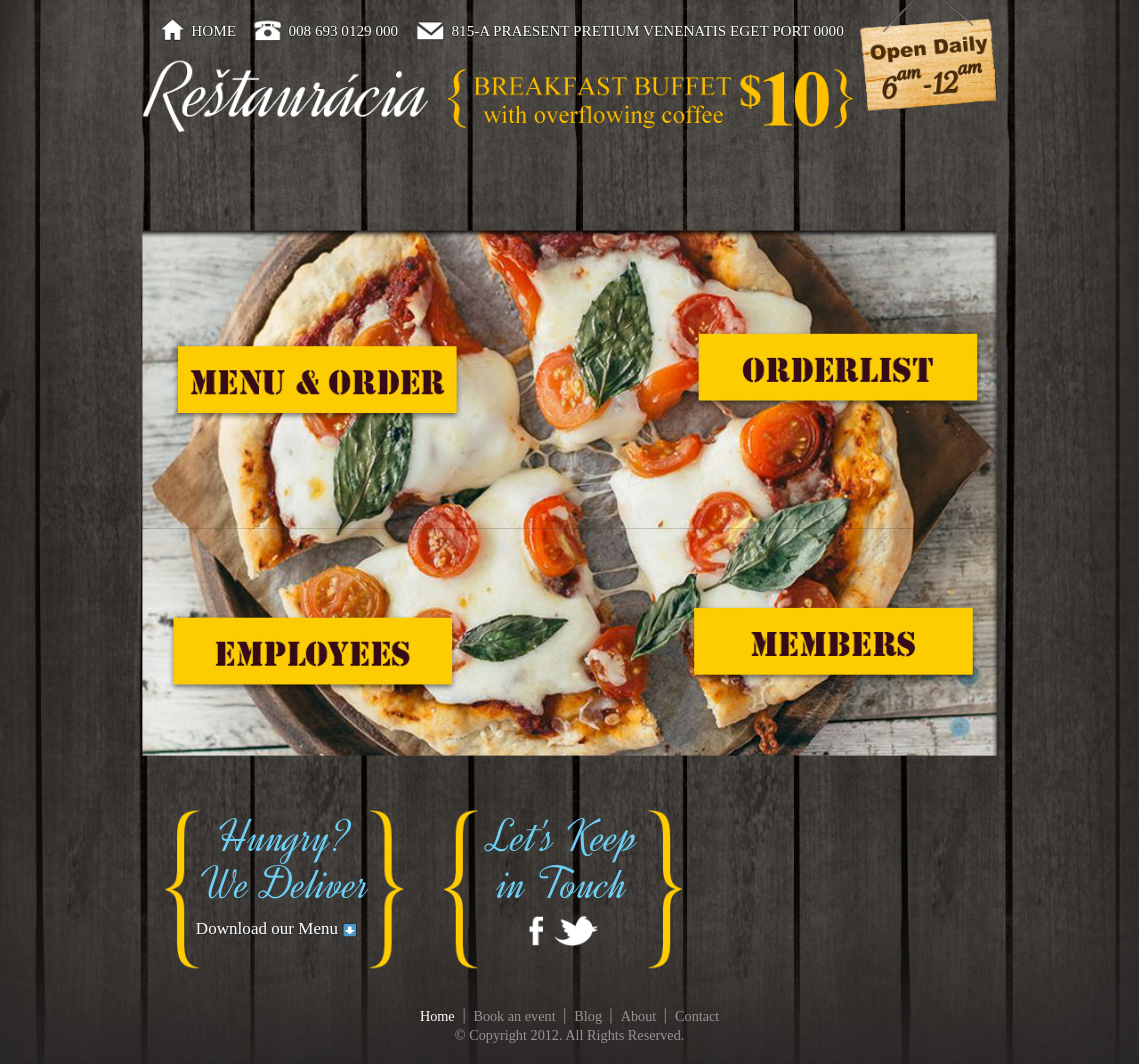
Repository: WarapornPum/OoadProject
Page: http://localhost/PizzaOrderSystem/Home.jsp
An editor plug-in stored every save of this project. The page is shown before and after the next save, followed by the edit.
The browser window is 1280 px wide. The pictures show the whole page, at 89% of full size.
The page is served by Tomcat 9. Other server files are loaded and not shown.

Above is the page before, as saved 2019-02-16 11:55:19.

### PizzaOrderSystem/WebContent/Home.jsp
<%@ page language="java" contentType="text/html; charset=UTF-8"
    pageEncoding="UTF-8"%>
<!DOCTYPE html PUBLIC "-//W3C//DTD HTML 4.01 Transitional//EN" "http://www.w3.org/TR/html4/loose.dtd">
<html>
<head>
	<title>Restaurant Website Template</title>
	<link rel="stylesheet" type="text/css" href="css/style.css">
</head>
<body>
	<div id="header"> <!-- start of header -->
		<span class="signboard"></span>
		<ul id="infos">
			<li class="home">
				<a href="index.html">HOME</a>
			</li>
			<li class="phone">
				<a href="contact.html">008 693 0129 000</a>
			</li>
			<li class="address">
				<a href="contact.html">815-A PRAESENT PRETIUM VENENATIS EGET PORT 0000</a>
			</li>
		</ul>
		<a href="index.html" id="logo"></a>
		<a href="menu.html" class="tagline"></a>
	</div> <!-- end of header -->

	<div id="body"> <!-- start of content -->
		<ul id="featured"> <!-- start of featured -->
			<li class="main">
				<a href="Menu.jsp"></a>
			</li>
			<li class="drinks">
				<a href="drinks.html"></a>
			</li>
			<li class="entree">
				<a href="entree.html"></a>
			</li>
			<li class="desserts">
				<a href="desserts.html"></a>
			</li>
		</ul> <!-- end of featured -->
	</div> <!-- end of content -->
	<div id="footer"> <!-- start of footer -->
		<ul class="advertise">
			<li class="delivery">
				<h2>Hungry? We Deliver</h2>
				<a href="menu.html">Download our Menu</a>
			</li>
			<li class="connect">
				<h2>Let's Keep in Touch</h2>
				<a href="http://facebook.com/freewebsitetemplates" target="_blank" class="fb" title="Facebook"></a>
				<a href="http://twitter.com/fwtemplates" target="_blank" class="twitr" title="Twitter"></a>
			</li>
		</ul>
		<div>
			<ul class="navigation">
				<li class="selected"><a href="index.html">Home</a></li>
				<li><a href="booking.html">Book an event</a></li>
				<li><a href="blog.html">Blog</a></li>
				<li><a href="about.html">About</a></li>
				<li class="last"><a href="contact.html">Contact</a></li>
			</ul>
			<span>&copy; Copyright 2012. All Rights Reserved.</span>
		</div>
	</div> <!-- end of footer -->
</body>
</html>

### PizzaOrderSystem/WebContent/css/style.css
/* Website template by freewebsitetemplates.com */
@font-face {
    font-family: 'DynalightRegular';
    src: url('../fonts/dynalight-regular-webfont.eot');
    src: url('../fonts/dynalight-regular-webfont.eot?#iefix') format('embedded-opentype'),
         url('../fonts/dynalight-regular-webfont.woff') format('woff'),
         url('../fonts/dynalight-regular-webfont.ttf') format('truetype'),
         url('../fonts/dynalight-regular-webfont.svg#DynalightRegular') format('svg');
    font-weight: normal;
    font-style: normal;
}

body {
	background: #262523 url('../images/bg-body.jpg') no-repeat center top;
	color:#ffffff;
	margin:0px;
}

#infos li.home a, #infos li.phone a, #infos li.address a,
#footer ul.advertise li.delivery a, #footer ul.advertise li.connect a.fb, #footer ul.advertise li.connect a.twitr {
	background: url(../images/icons.gif) no-repeat;
}
#navigation li a, #contents h2 {
	background: url(../images/braces-left.gif) no-repeat;
}
#navigation li a span, #contents h2 span {
	background: url(../images/braces-right.gif) no-repeat;
}

/*-------------------------- Header --------------------------*/
#header{
	width: 960px;
	margin: 0px auto 105px;
	position: relative;
}
#header span.signboard {
	float: right;
	background: url(../images/schedule.gif) no-repeat;
	display: block;
	height: 125px;
	width: 154px;
	position: relative;
	z-index: 9;
}
#header .tagline {
	background: url(../images/breakfast-buffet.gif) no-repeat;
	display: inline-block;
	height: 80px;
	width: 462px;
}

#infos {
	display: inline-block;
	width: 790px;
	margin: 0px 0px 20px;
	padding: 20px 0px 0px 10px;
}
#infos li {
	float: left;
	font-family: 'Times New Roman', Times, serif;
	font-size: 17px;
	list-style-type: none;
	padding: 0px 10px;
}
#infos li a {
	color:#ffffff;
	display:block;
	height: 21px;
	padding-top: 6px;
	text-decoration:none;
	text-shadow: 0 1px #252525, 0 1px #252525, 0 -1px #252525, -1px 0 #252525;
}
#infos li a:hover {
	color: #6dcff6;
}
#infos li.home a {
	background-position: 0 -73px;
	padding-left: 35px;
}
#infos li.phone a {
	background-position: 0 -147px;
	padding-left: 39px;
}
#infos li.address a {
	background-position: 0 -110px;
	padding-left: 40px;
}

#logo {
	background: url(../images/logo.gif) no-repeat;
	display: inline-block;
	height: 83px;
	width: 330px;
	margin-right: 5px;
}

#navigation {
	background: url(../images/bg-navigation.gif) no-repeat left top ;
	height: 32px;
	width: 550px;
	margin: 0px;
	padding: 15px 10px;
	position: absolute;
	top: 92px;
	right: 40px;
}
#navigation li {
	float: left;
	height: 30px;
	list-style-type: none;
	margin: 0px 3px;
}
#navigation li a {
	background-position: 0 -90px;
	color: #ffffff;
	display: block;
	font-family: 'DynalightRegular';
	font-size: 25px;
	height: 25px;
	line-height: 25px;
	padding-left: 16px;
	text-decoration: none;
}
#navigation li a span {
	float: right;
	background-position: right -90px;
	display: inline-block;
	height: 25px;
	margin: 0px;
	padding-right: 22px;
}
#navigation li a:hover, #navigation .current, #navigation .current a {
	background-position: 0 -52px;
	color: #ffca00;
}
#navigation li a:hover span, #navigation .current a span {
	background-position: right -52px;
}

/*-------------------------- Contents --------------------------*/
#body {
	width: 960px;
	margin: 0px auto 50px;
}

#featured {
	height: 600px;
	width: 960px;
	margin: 0px;
	padding: 0px;
}
#featured li {
	float:left;
	list-style-type: none;
}
#featured li a {
	display: block;
}
#featured li.main a {
	background: url(../images/menu1.jpg) no-repeat 0 0;
	height: 335px;
	width: 540px;
}
#featured li.main a:hover {
	background: url(../images/menu1_hover.jpg) no-repeat 0 0;
}

#featured li.drinks a {
	background: url(../images/menu2.jpg) no-repeat 0 0;
	height: 335px;
	width: 420px;
}
#featured li.drinks a:hover {
	background: url(../images/menu2_hover.jpg) no-repeat 0 0;
}

#featured li.entree a {
	background: url(../images/menu3.jpg) no-repeat 0 0;
	height: 255px;
	width: 540px;
}
#featured li.entree a:hover {
	background: url(../images/menu3_hover.jpg) no-repeat 0 0;
}

#featured li.desserts a {
	background: url(../images/menu4.jpg) no-repeat 0 0;
	height: 255px;
	width: 420px;
}
#featured li.desserts a:hover {
	background: url(../images/menu4_hover.jpg) no-repeat 0 0;
}

#contents {
	background-color: #ffffff;
	color: #373737;
	line-height: 24px;
	border-top: 2px outset #393939;
	border-bottom: 2px inset #393939;
	margin: 0px 0px 50px;
	padding: 22px 0px;
	text-align: center;
}
#contents h2 {
	background-position: 0 0;
	color: #265d84;
	display: inline-block;
	font-family: 'DynalightRegular';
	font-size: 41px;
	height: 41px;
	line-height: 41px;
	margin: 0px 0px 42px;
	padding-left: 22px;
}
#contents h2 span {
	background-position: right 0;
	display: block;
	height: 41px;
	padding-right: 20px;
}

#contents p {
	letter-spacing: 1px;
	margin: 0px;
	padding: 0 10px 24px;
	text-align: justify;
}
#contents p a {
	color: #373737;
	font-weight: bold;
}

#contents div {
	width: 960px;
	margin: 0px auto;
	overflow: hidden;
}

/*------------------------- Contact us page -------------------------*/
#contents div table.contact-details {
	float: left;
	line-height: 24px;
	width: 510px;
	margin: 0px 0px 20px 10px;
	text-align: left;
}
#contents div table.contact-details td {
	padding-right: 20px;
	vertical-align: top;
}

/*------------------------- book-events us page -------------------------*/
#booking form {
	display: inline-block;
	height: 401px;
	width: 960px;
}
#booking form table {
	float: left;
	width: 940px;
	border-collapse: separate;
	margin: 0px 0px 0px 10px;
	padding: 6px 0 0;
	text-align: left;
}
#booking form table span {
	display: block;
}
#booking form table td {
	line-height: 24px;
	padding: 6px 5px;
	vertical-align: center;
}
#booking form table td textarea {
	height: 179px;
	width: 100%;
	border: 1px solid #000000;
	margin: 0 0 14px;
}
#booking form table td input {
	width: 100%;
	border: 1px solid #000000;
}
#booking form table td input.number {
	width: 60px;
}
#booking form table td input.radio {
	width: 16px;
	border: 0px;
}
#booking form table td input.button {
	float: right;
	background-color: transparent;
	color: #4b4b4b;
	cursor: pointer;
	font-family: Times New Roman;
	font-size: 1em;
	font-weight: bold;
	width: 60px;
	border: 0px;
	margin: 0px;
	padding: 0px;
}

/*--------------------------About us Page --------------------------*/
#aboutus h3 {
	color: #292929;
	font-size: 15px;
	letter-spacing: 1px;
	margin: 0;
	padding: 0px 10px;
	text-align: left;
}
#aboutus p {
	color: #3e3e3e;
	font-size: 15px;
	letter-spacing: 1px;
	line-height: 24px;
}
#aboutus p a {
	color: #383838;
	font-weight: bold;
}

/*-------------------------- Menu Pages --------------------------*/
#menus p, #menus p a, #booking p, #booking p a {
	color: #333333;
	font-size: 14px;
	line-height: 24px;
	letter-spacing: 0;
}
#menus h3 {
	color: #265d84;
	font-family: 'DynalightRegular';
	font-size: 35px;
	line-height: 35px;
	font-weight: normal;
	margin: 0px 0px 24px;
	text-align: center;
}
#menus ul {
	color: #393939;
	display: inline-block;
	margin: 0 0 42px;
	padding: 0;
}
#menus ul li {
	float: left;
	list-style-type: none;
	width: 480px;
}
#menus ul li ul {
	margin: 0;
	padding: 0px;
}
#menus ul li ul li {
	float: left;
	width: 210px;
	margin: 0px;
	padding: 0px 20px 0 10px;
	text-align: left;
}
#menus .price {
	float: right;
}
#menus ul li ul li p {
	clear: both;
	font-size: 0.9em;
	font-style: italic;
	padding-left: 0px;
	padding-right: 0px;
	text-align: left;
}

/*------------------------- Main-course -------------------------*/
#menus ul.main li {
	float: left;
	list-style-type: none;
	width: 210px;
	padding: 0px 10px;
}
#menus ul.main li ul li {
	padding: 0;
}

/*------------------------- Blog Page -------------------------*/
#blogs div.sidebar {
	float: right;
	width: 240px;
	text-align: left;
}
#blogs div.sidebar h3 {
	margin: 0;
	text-transform: uppercase;
}
#contents #blogs div.sidebar ul li a {
	color: #373737;
	text-decoration: none;
}
#contents #blogs div.sidebar ul li a:hover {
	color: #0e2934;
}

#blogs div.posts {
	width: inherit;
	margin: 0 0 48px;
}
#blogs div.posts ul {
	line-height: 24px;
	margin: 0;
	padding: 0 0 0 15px;
}

#blogs div.archives {
	width: inherit;
}
#blogs div.archives ul {
	display: inline-block;
	line-height: 24px;
	list-style: none;
	margin: 0;
	padding: 0;
}
#blogs div.archives ul li {
	float: left;
	width: 120px;
}

#blogs div.section {
	width: 680px;
	margin-right: 280px;
}
#blogs div.section p {
	font-size: 15px;
	letter-spacing: 1px;
}
#blogs div.section p b {
	display: block;
}

/*------------------------- Footer -------------------------*/
#footer	{
	color: #949494;
	font-family: Times New Roman;
	width: 960px;
	margin: 0 auto;
}
#footer ul.advertise {
	display: inline-block;
	width: 940px;
	margin: 0px auto 41px;
	padding: 0px 10px;
}
#footer ul.advertise li {
	float: left;
	background: url(../images/braces.gif) 15px 0 no-repeat;
	list-style-type: none;
	height: 180px;
	width: 210px;
	margin-right: 13px;
	padding: 0px 45px;
	text-align: center;
	overflow: hidden;
}
#footer ul.advertise li h2 {
	color: #6dcff6;
	font-family: 'DynalightRegular', cursive;
	font-size: 53px;
	line-height: 53px;
	font-weight: normal;
	margin: 0px;
	padding: 6px 0;
}
#footer ul.advertise li p, #footer ul.advertise li a {
	color: #ffffff;
	font-size: 1.2em;
	line-height: 20px;
	margin: 0px;
	text-decoration: none;
}

#footer ul.advertise li.delivery a {
	background-position: 170px 10px;
	display: block;
	width: 170px;
	padding-right: 16px;
	padding-top: 6px;
	text-shadow: 1px 1px 1px #252525;
}
#footer ul.advertise li.event h2 {
	width: 215px;
}
#footer ul.advertise li.connect a.fb {
	background-position: 0 -26px;
	display: inline-block;
	height: 37px;
	width: 17px;
	margin-right: 8px;
}
#footer ul.advertise li.connect a.twitr {
	background-position: 0 -184px;
	display: inline-block;
	height: 37px;
	width: 49px;
}
#footer ul.advertise li p a, #footer ul.advertise li.delivery p a {
	background: none;
	display: inline;
	font-style: oblique;
	padding-right: 0px;
}
#footer ul.advertise li p a:hover {
	color: #949494;
}

#footer div {
	line-height: 24px;
	text-align: center;
}
#footer div a {
	color: #949494;
	padding: 0px 10px;
	text-decoration: none;
}
#footer div a:hover, #footer div ul li.selected a {
	color: #ffffff;
}
#footer div ul {
	display: inline-block;
	height: 21px;
	margin: 0px auto;
	padding: 0px;
}
#footer div ul li {
	float: left;
	list-style-type: none;
	text-align: center;
}
#footer div ul li a {
	border-right: 1px solid #949494;
}
#footer div ul li.last a {
	border: 0px;
}
#footer div span {
	display: block;
	line-height: 24px;
	margin-bottom: 20px;
}
#footer div span a {
	padding: 0px;
}

After the next save:
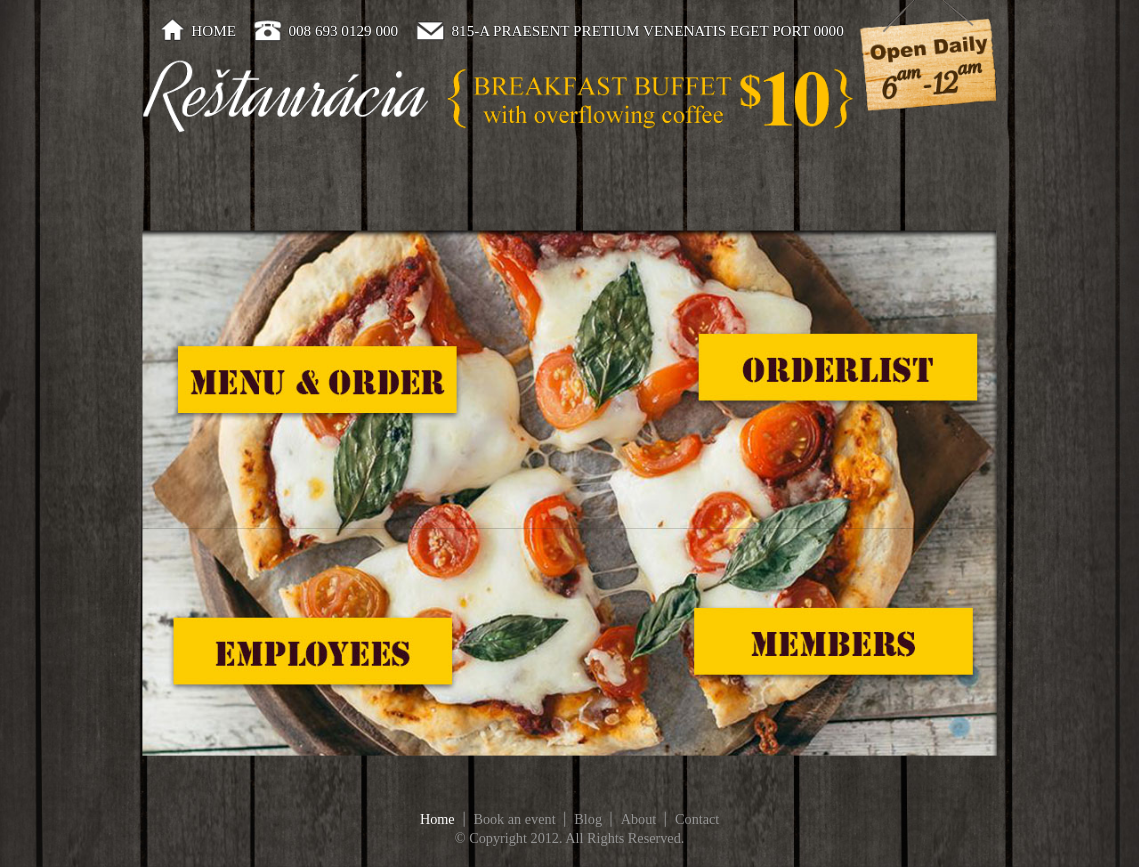
Saved 56 s later.
--- a/PizzaOrderSystem/WebContent/Home.jsp
+++ b/PizzaOrderSystem/WebContent/Home.jsp
@@ -41,17 +41,6 @@
 		</ul> <!-- end of featured -->
 	</div> <!-- end of content -->
 	<div id="footer"> <!-- start of footer -->
-		<ul class="advertise">
-			<li class="delivery">
-				<h2>Hungry? We Deliver</h2>
-				<a href="menu.html">Download our Menu</a>
-			</li>
-			<li class="connect">
-				<h2>Let's Keep in Touch</h2>
-				<a href="http://facebook.com/freewebsitetemplates" target="_blank" class="fb" title="Facebook"></a>
-				<a href="http://twitter.com/fwtemplates" target="_blank" class="twitr" title="Twitter"></a>
-			</li>
-		</ul>
 		<div>
 			<ul class="navigation">
 				<li class="selected"><a href="index.html">Home</a></li>
